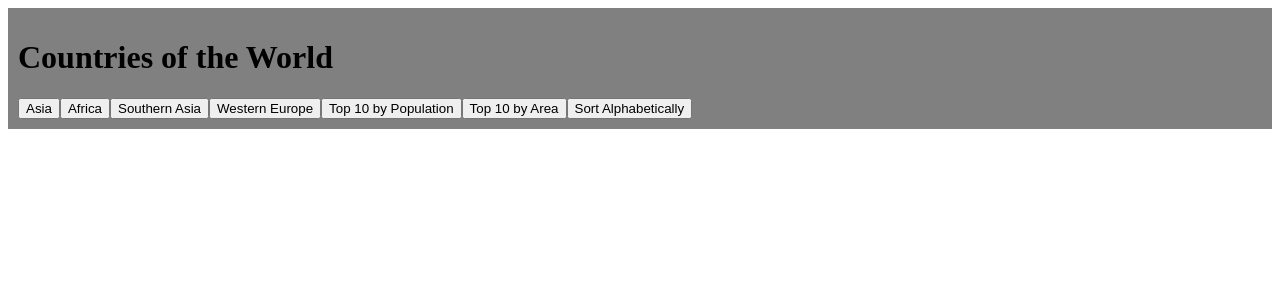
Repository: SandyLy453/comp-lab10
Page: /
These files come from the project's save history. The page is drawn as it stood at one moment and after the next save; the edit follows.
The browser window is 1280 px wide. The pictures show the whole page.
The page's requests for data from a server got no answer. The project was rebuilt for these pictures with package versions that can differ from the ones it lists, and the page was loaded fresh each time. No one was signed in, and anything a server would have sent is missing. Also part of the build but not shown: vite.config.js, src/components/Contry.jsx.

Above is the page before, as saved 2024-11-14 22:41:19.

### src/index.css
.container {
  background-color: gray;
  margin: 0;
  padding: 10px;
}

### src/App.jsx
import { useState, useEffect } from 'react'
import Countries from './components/Contries'

function App() {
  const [countries, setCountries] = useState([]);
  const [filteredCountries, setFilteredCountries] = useState([]);
  const [filter, setFilter] = useState({ continent: "", subregion: "" });
  const [sortType, setSortType] = useState("");

  useEffect(() => {
    // Fetch data from the Rest Countries API
    const fetchData = async () => {
      const response = await fetch("https://restcountries.com/v3.1/all");
      const data = await response.json();
      setCountries(data);
      setFilteredCountries(data); // Initialize with all countries
    };

    fetchData();
  }, []);

  const handleFilter = (type, value) => {
    let updatedCountries = [...countries];

    if (type === "continent") {
      setFilter({ continent: value, subregion: "" });
      updatedCountries = updatedCountries.filter(
        (country) => country.continents[0] === value
      );
    } else if (type === "subregion") {
      setFilter({ continent: "", subregion: value });
      updatedCountries = updatedCountries.filter(
        (country) => country.subregion === value
      );
    }

    setFilteredCountries(updatedCountries);
  };

  const handleTop10 = (criteria) => {
    const sortedCountries = [...filteredCountries].sort((a, b) =>
      criteria === "population"
        ? b.population - a.population
        : b.area - a.area
    );
    setFilteredCountries(sortedCountries.slice(0, 10));
  };

  const handleSort = () => {
    const sortedCountries = [...filteredCountries].sort((a, b) =>
      a.name.common.localeCompare(b.name.common)
    );
    setFilteredCountries(sortedCountries);
  };

  return (
    <>
      <div className="container">
        <h1>Countries of the World</h1>
        <div>
          <button onClick={() => handleFilter("continent", "Asia")}>Asia</button>
          <button onClick={() => handleFilter("continent", "Africa")}>Africa</button>
          <button onClick={() => handleFilter("subregion", "Southern Asia")}>Southern Asia</button>
          <button onClick={() => handleFilter("subregion", "Western Europe")}>Western Europe</button>
          <button onClick={() => handleTop10("population")}>Top 10 by Population</button>
          <button onClick={() => handleTop10("area")}>Top 10 by Area</button>
          <button onClick={handleSort}>Sort Alphabetically</button>
        </div>
        <Countries countries={filteredCountries} />
      </div>
    </>
  )
}

export default App

### src/components/Contries.jsx
import React from "react";
import Country from "./Contry";

export default function Countries ({ countries }) {
  return (
    <div>
      {countries.map((country, index) => (
        <Country key={index} country={country} />
      ))}
    </div>
  );
};

Loaded but not shown: index.html (common file); src/main.jsx (common file)

After the next save:
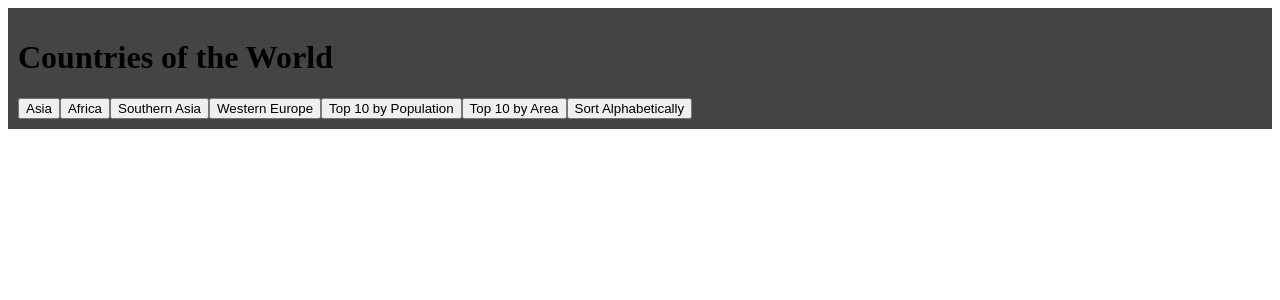
Saved 22 s later.
--- a/src/index.css
+++ b/src/index.css
@@ -1,5 +1,5 @@
 .container {
-  background-color: gray;
+  background-color: rgb(68, 68, 68);
   margin: 0;
   padding: 10px;
 }
